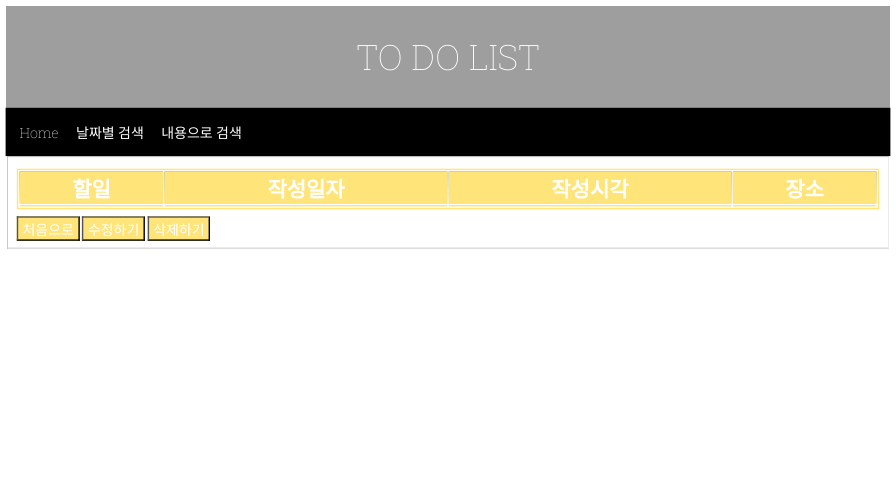
Repository: kimyoungjin98/Exam_Project
Page: http://localhost/Server_PR_TodoList/WEB-INF/views/view.jsp
An editor plug-in stored every save of this project. The page is shown before and after the next save, followed by the edit.
The browser window is 1280 px wide. The pictures show the part of the page from y = 0 to 1920 px (the page is 720 px tall before and 2924 px after), at 70% of full size.
Pictures or frames that could not be fetched are drawn as grey boxes. Some web fonts or font styles are not loaded; a fallback is used. The page is served by Tomcat 9. Nobody is signed in. Other server files are loaded and not shown. The template is opened directly, without the code that normally fills it, so the values that code supplies are empty.

Above is the page before, as saved 2021-05-25 02:22:47.
Console error: SyntaxError: Unexpected token '}'

### Server_PR_TodoList/src/main/webapp/WEB-INF/views/view.jsp
<%@ page language="java" contentType="text/html; charset=UTF-8"
	pageEncoding="UTF-8"%>
<%@ taglib uri="http://java.sun.com/jsp/jstl/core" prefix="c"%>
<c:set value="${pageContext.request.contextPath}" var="rootPath" />
<!DOCTYPE html>
<html>
<head>
<meta charset="UTF-8">
<title>Insert title here</title>
</head>
<script>
document.addEventListener("DOMContentLoaded",function(ev){
	document.querySelector("fieldset")
	.addEventListener("click", function(ev){

		let cName = ev.target.className

		if(cName == "home"){

			document.location.href="${rootPath}"

		} else if (cName == "update"){

			document.location.href="${rootPath}/todo/update?td_seq=" + ${TD.td_seq}

		} else if (cName == "delete"){

			if(confirm("삭제 하시겠습니까?")){

				document.location.href="${rootPath}/todo/delete?td_seq=" + ${TD.td_seq}

			}


		}

	})
})
</script>
<style>
@import url('https://fonts.googleapis.com/css2?family=Nanum+Myeongjo&family=Roboto+Slab:wght@100;600&display=swap');
* {
		font-family: 'Nanum Myeongjo', serif;
		font-family: 'Roboto Slab', serif;
	}

	tbody {
	background:linear-gradient(to bottom, #3d7eaa, #ffe47a);
	background-repeat: repeat-x;
	padding-bottom:200%

}

	table {
		border:2px solid #ffe47a;
		width:100%;
		margin:10px auto;
		text-align: center;
		font-size:30px;
		background-color: white;
	}

	table th {

		background-color:#ffe47a;
		color:white;
	}

	button{
		background-color: #ffe47a;
		color:white;
		font-size:20px;
		cursor:pointer;
	}
</style>
<body>
<%@ include file="/WEB-INF/views/banner.jsp" %>

<fieldset>
	<table>
		<th>할일</th>
		<th>작성일자</th>
		<th>작성시각</th>
		<th>장소</th>
		<tr data-set="${TD.td_seq}">
			<td>${TD.td_content}</td>
			<td>${TD.td_date}</td>
			<td>${TD.td_time}</td>
			<td>${TD.td_place}</td>
		</tr>
	</table>

	<button class="home">처음으로</button>
	<button class="update">수정하기</button>
	<button class="delete">삭제하기</button>

</fieldset>

</form>
</body>
</html>

### Server_PR_TodoList/src/main/webapp/WEB-INF/views/banner.jsp
<%@ page language="java" contentType="text/html; charset=UTF-8"
    pageEncoding="UTF-8"%>
<%@ taglib uri="http://java.sun.com/jsp/jstl/core" prefix="c"%>
<c:set value="${pageContext.request.contextPath}" var="rootPath" />
<!DOCTYPE html>
<html>
<head>
<meta charset="UTF-8">
<title>Insert title here</title>
</head>
<script type="text/javascript">
document.addEventListener("DOMContentLoaded", function(){
	document.querySelector("nav").addEventListener("click",function(ev){

		let name = ev.target.textContent

		if(name == "Home"){

			document
			.location
			.href="${rootPath}"


		}


	})

})

</script>
<style>
@import url('https://fonts.googleapis.com/css2?family=Nanum+Myeongjo&family=Roboto+Slab:wght@100;600&display=swap');
* {
		font-family: 'Nanum Myeongjo', serif;
		font-family: 'Roboto Slab', serif;
	}

nav li:hover {

	cursor:pointer;

}

h1 {
	margin:auto;
	text-align: center;
	font-size:50px;
	background-image:url("https://mblogthumb-phinf.pstatic.net/20150905_10/unesco1128_1441440039203ranAH_GIF/9.gif?type=w2");
	background-size:cover;
	background-repeat:repeat-x;

	color:white;
	padding:40px;
	font-weight: lighter;

}

nav {

	background:black;

	color:white;

	font-size:20px;


}

nav ul{
	margin:0px;
	padding:10px;
}

nav li{
	display:inline-block;
	list-style:none;
	padding:10px;
	margin:0;
}


</style>
<body>
	<h1>TO DO LIST</h1>

	<nav>
	<ul>
	<li>Home</li>
	<li>날짜별 검색</li>
	<li >내용으로 검색</li>

	</ul>


	</nav>
</body>
</html>

After the next save:
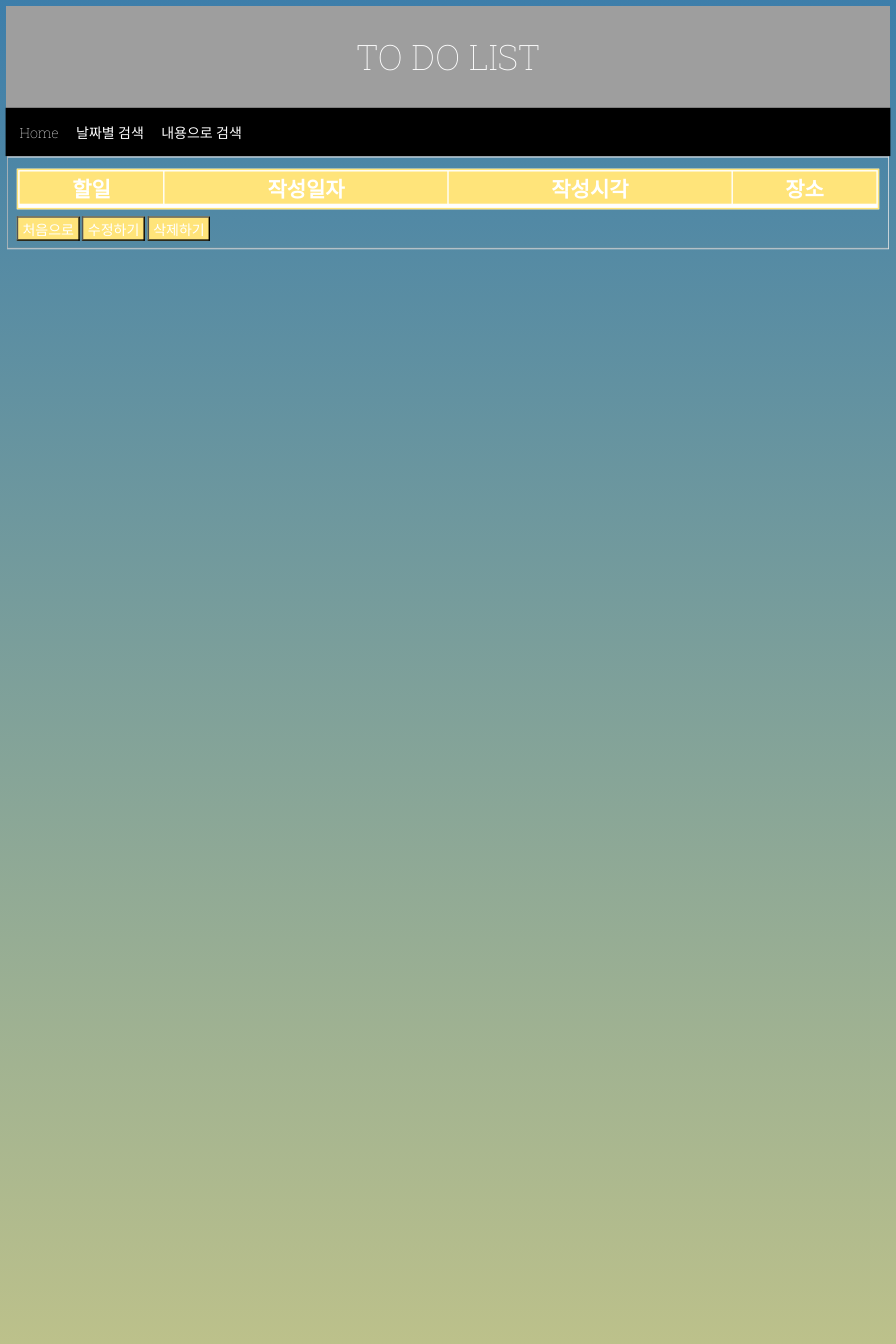
Saved 61 s later.
--- a/Server_PR_TodoList/src/main/webapp/WEB-INF/views/view.jsp
+++ b/Server_PR_TodoList/src/main/webapp/WEB-INF/views/view.jsp
@@ -44,12 +44,16 @@ document.addEventListener("DOMContentLoaded",function(ev){
 		font-family: 'Roboto Slab', serif;
 	}
 
-	tbody {
+	body {
 	background:linear-gradient(to bottom, #3d7eaa, #ffe47a);
 	background-repeat: repeat-x;
 	padding-bottom:200%
 
-}
+    }
+
+    tbody{
+    	background-color: white;
+    }
 
 	table {
 		border:2px solid #ffe47a;
